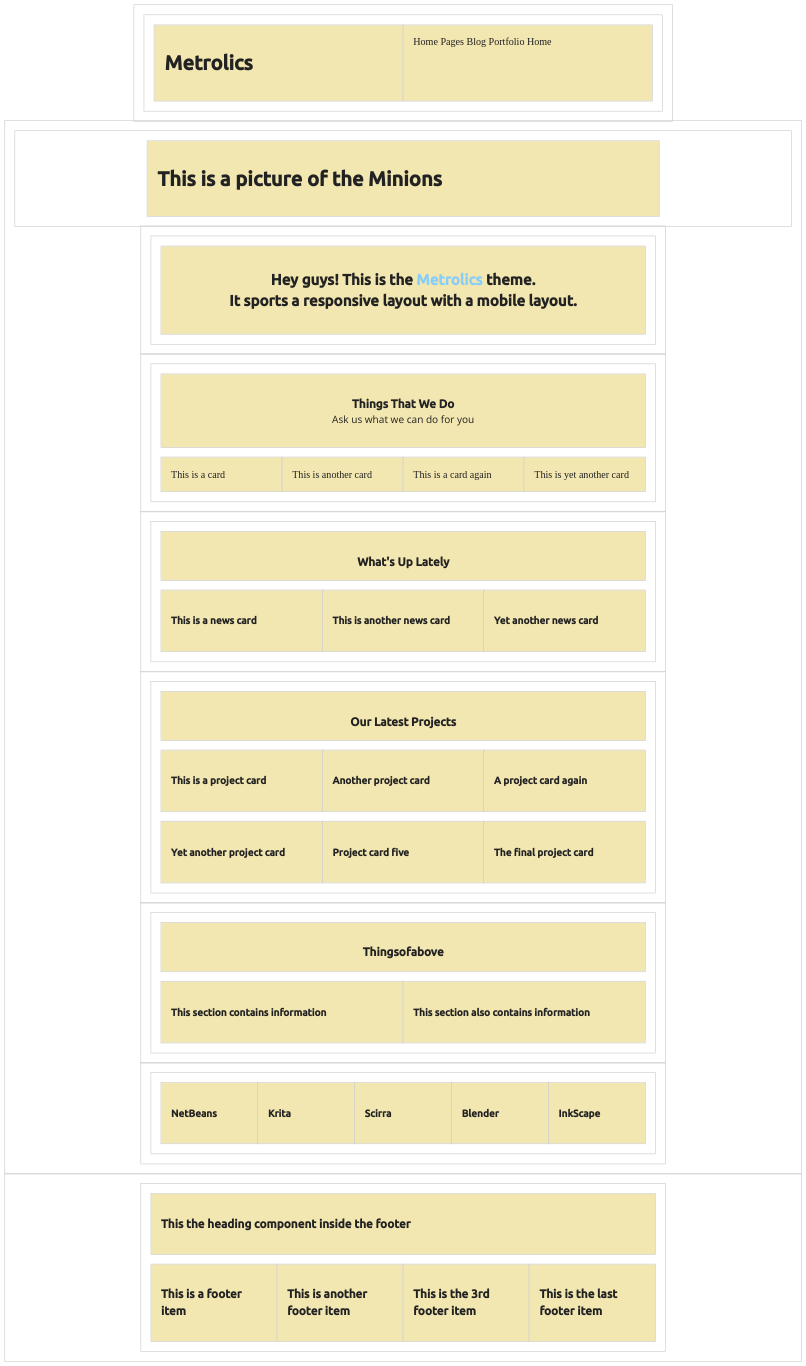
Repository: kennyharman/Marlowe_Kenny_Lab_02B
Page: index.html
The author's editor kept a copy of each file at every save. The page is drawn from the files as they stood at one save, then again after the next save.
The browser window is 1280 px wide. The pictures show the whole page, at 63% of full size.

Above is the page before, as saved 2024-02-05 12:30:31.

After the next save:
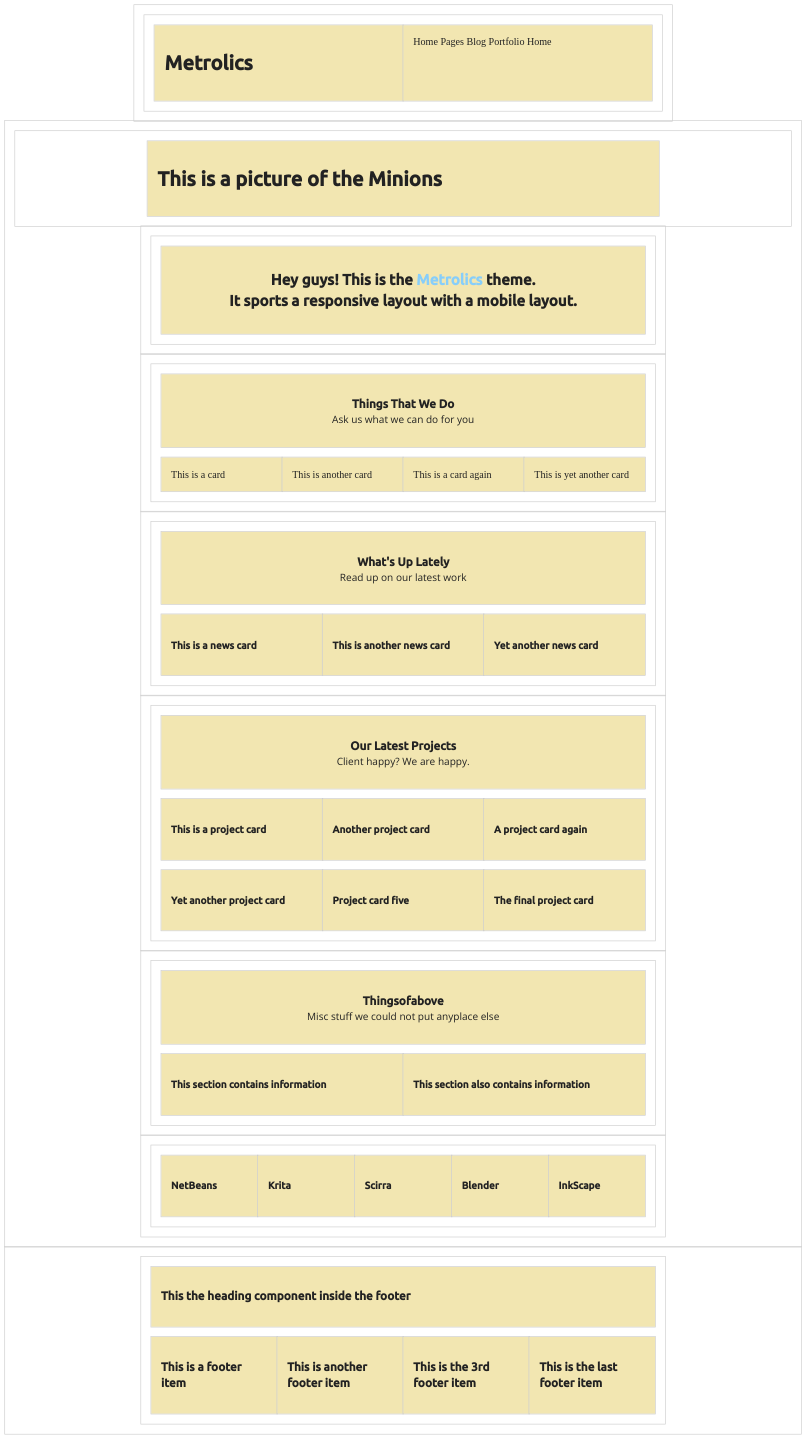
Saved 108 min 21 s later.
--- a/index.html
+++ b/index.html
@@ -79,6 +79,7 @@
     <div class="row m-col-2 l-col-3">
       <div class="col m-row-span l-row-span heading">
         <h3>What's Up Lately</h3>
+        <p>Read up on our latest work</p>
       </div>
       <div class="col m-row-span image">
         <h4>This is a news card</h4>
@@ -96,6 +97,7 @@
     <div class="row m-col-2 l-col-3">
       <div class="col m-row-span l-row-span heading">
         <h3>Our Latest Projects</h3>
+        <p>Client happy? We are happy.</p>
       </div>
       <div class="col image">
         <h4>This is a project card</h4>
@@ -122,6 +124,7 @@
     <div class="row l-col-2">
       <div class="col l-row-span heading">
         <h3>Thingsofabove</h3>
+        <p>Misc stuff we could not put anyplace else</p>
       </div>
       <div class="col misc-content">
         <h4>This section contains information</h4>
